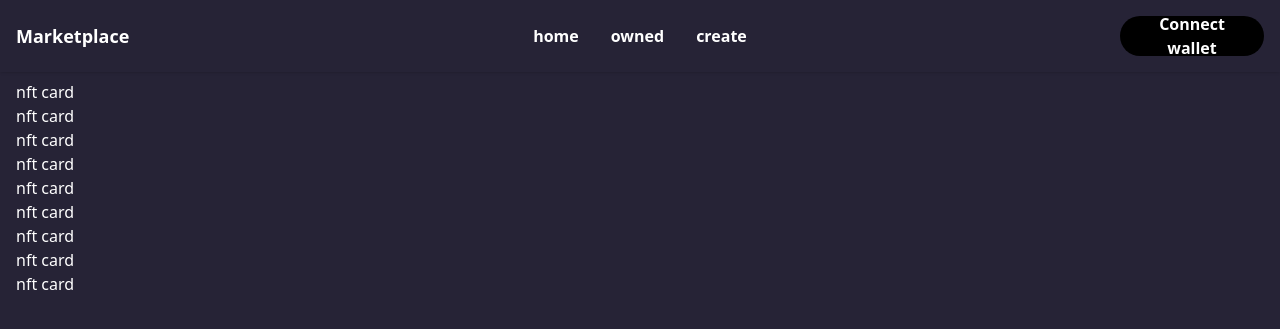
Repository: Kiendz3202/marketplace-frontend-nuxtjs
Page: /home
An editor plug-in stored every save of this project. The page is shown before and after the next save, followed by the edit.
The browser window is 1280 px wide. The pictures show the whole page.
The project was rebuilt for these pictures with package versions that can differ from the ones it lists, and the page was loaded fresh each time. The framework's server and built-in components were replaced by stand-ins that run in the browser. Also part of the build but not shown: nuxt.config.js, components/connectWallet/AddressAvatar.vue.

Above is the page before, as saved 2022-11-08 14:22:55.

After the next save:
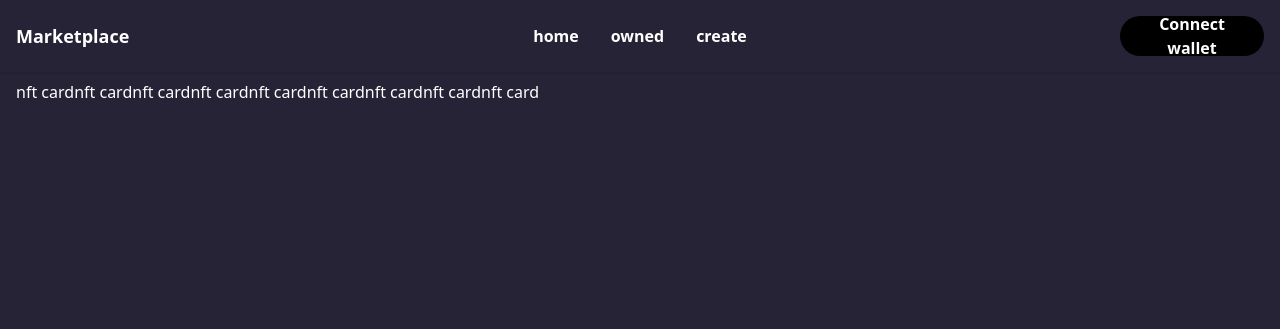
Saved 13 s later.
--- a/pages/home/index.vue
+++ b/pages/home/index.vue
@@ -1,5 +1,5 @@
 <template>
-  <div className="flex">
+  <div class="flex">
     <NftCard v-for="nft in listedNFTs" :key="nft"></NftCard>
   </div>
 </template>
